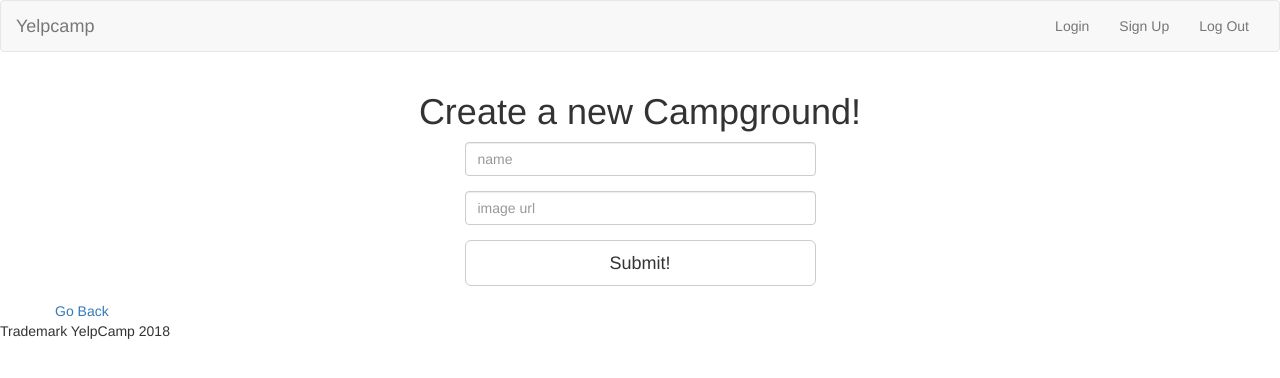
Repository: cuauhtlahuac/WebAppsPractices
Page: http://localhost/campgrounds/new
The author's editor kept a record of every edit. The page is drawn from the files as they stood at one moment, then again after the next edit.
The browser window is 1280 px wide. The pictures show the whole page.
The page is served by the project's Node server (yelpCamp/v1/app.js).

Above is the page before.

### workspacePortugues/yelpCamp/v1/views/new.ejs
<% include partials/header %>

<div class="container">
    <div class="row">
        <h1 style="text-align: center;">Create a new Campground!</h1>
        <div style="width: 30%; margin: 0 auto;">
            <form action="/campgrounds" method="POST">
                <div class="form-group"><input class="form-control"  type="text" name="name" placeholder="name"></div>
                <div class="form-group"><input class="form-control" type="text" name="image" placeholder="image url"></div>
                <div class="form-group"><button class="btn btn-lg btn-default btn-block">Submit!</button></div>
            </form>
        </div>
        <a href="/campgrounds">Go Back</a>
    </div>
</div>
<% include partials/footer %>

### workspacePortugues/yelpCamp/v1/views/partials/header.ejs
<!DOCTYPE html>

<html>
    <head>
        <title>
            YelpCamp
        </title>
        <link rel="stylesheet" href="https://maxcdn.bootstrapcdn.com/bootstrap/3.3.7/css/bootstrap.min.css" integrity="sha384-BVYiiSIFeK1dGmJRAkycuHAHRg32OmUcww7on3RYdg4Va+PmSTsz/K68vbdEjh4u" crossorigin="anonymous">
    </head>

    <body>

        <nav class="navbar navbar-default">
    <div class="container-fluid">
        <div class="navbar-header">
            <a class="navbar-brand" href="/">Yelpcamp</a>
        </div>
        <div class="collapse navbar-collapse">
            <ul class="nav navbar-nav navbar-right">
                <li><a href="/">Login</a></li>
                <li><a href="/">Sign Up</a></li>
                <li><a href="/">Log Out</a></li>
            </ul>
        </div>
    </div>
</nav>

### workspacePortugues/yelpCamp/v1/views/partials/footer.ejs
    <p>Trademark YelpCamp 2018</p>
    </body>
</html>

### workspacePortugues/yelpCamp/v1/app.js
var express = require("express");
var app = express();
var bodyParser = require("body-parser");


app.use(bodyParser.urlencoded({extended:true}));
app.set("view engine", "ejs");

var campgrounds = [
        {name:"Salmon Creek", image:"https://farm1.staticflickr.com/68/180073544_af9816aeff.jpg"},
        {name:"Granite Hill", image:"https://encrypted-tbn0.gstatic.com/images?q=tbn:ANd9GcRPDDW2bEyYSx4n3najwh5ZZ9Wog6SBEz2Adeo8plVd46bdCT9kJQ"},
        {name:"Granite Hill", image:"https://encrypted-tbn0.gstatic.com/images?q=tbn:ANd9GcRPDDW2bEyYSx4n3najwh5ZZ9Wog6SBEz2Adeo8plVd46bdCT9kJQ"},
        {name:"Granite Hill", image:"https://encrypted-tbn0.gstatic.com/images?q=tbn:ANd9GcRPDDW2bEyYSx4n3najwh5ZZ9Wog6SBEz2Adeo8plVd46bdCT9kJQ"},
        {name:"Granite Hill", image:"https://encrypted-tbn0.gstatic.com/images?q=tbn:ANd9GcRPDDW2bEyYSx4n3najwh5ZZ9Wog6SBEz2Adeo8plVd46bdCT9kJQ"},
        {name:"Granite Hill", image:"https://encrypted-tbn0.gstatic.com/images?q=tbn:ANd9GcRPDDW2bEyYSx4n3najwh5ZZ9Wog6SBEz2Adeo8plVd46bdCT9kJQ"},
        {name:"Granite Hill", image:"https://encrypted-tbn0.gstatic.com/images?q=tbn:ANd9GcRPDDW2bEyYSx4n3najwh5ZZ9Wog6SBEz2Adeo8plVd46bdCT9kJQ"},
        {name:"Granite Hill", image:"https://encrypted-tbn0.gstatic.com/images?q=tbn:ANd9GcRPDDW2bEyYSx4n3najwh5ZZ9Wog6SBEz2Adeo8plVd46bdCT9kJQ"},
        {name:"Montain Goat's Rest", image:"https://farm5.staticflickr.com/4100/4798314980_bc31231984.jpg"}
        ];

app.get("/", function(req,res){
    res.render("landing");
});

app.get("/campgrounds", function(req, res){

    res.render("campgrounds", {campgrounds:campgrounds}); //o primeiro campgrounds pode ser qualquer nome, o segundo é referente a variavel campgrounds
});

app.post("/campgrounds", function(req, res) {  //post route tem que ficar com o mesmo destino que o get route (convencionalmente)
    var name = req.body.name;
    var image = req.body.image;
    var newCampground = {name: name, image: image};
    campgrounds.push(newCampground);
    res.redirect("/campgrounds");
});

app.get("/campgrounds/new", function(req, res) {
   res.render("new.ejs");
});


app.listen(process.env.PORT, process.env.IP, function(){
    console.log(" The yelpCamp server has started!");
});

After the next edit:
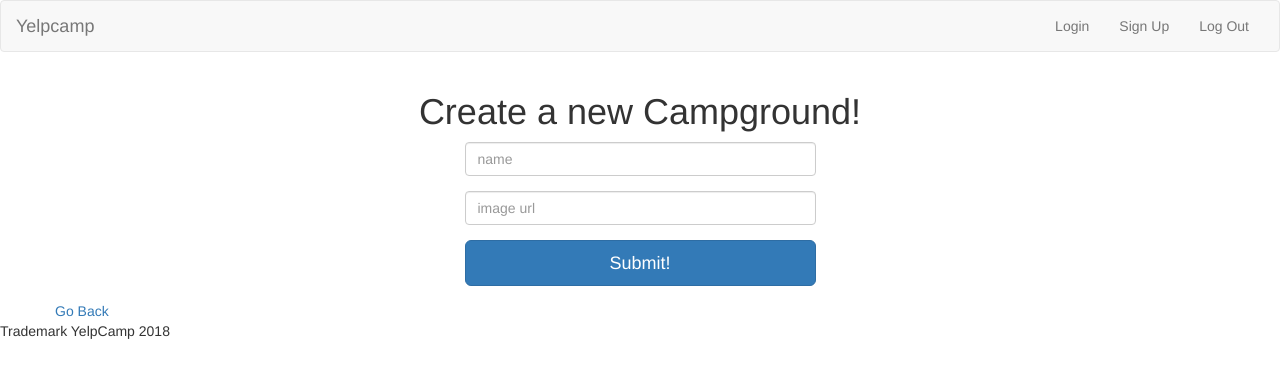
The edit:
--- a/workspacePortugues/yelpCamp/v1/views/new.ejs
+++ b/workspacePortugues/yelpCamp/v1/views/new.ejs
@@ -7,7 +7,7 @@
             <form action="/campgrounds" method="POST">
                 <div class="form-group"><input class="form-control"  type="text" name="name" placeholder="name"></div>
                 <div class="form-group"><input class="form-control" type="text" name="image" placeholder="image url"></div>
-                <div class="form-group"><button class="btn btn-lg btn-default btn-block">Submit!</button></div>
+                <div class="form-group"><button class="btn btn-lg btn-primary btn-block">Submit!</button></div>
             </form>
         </div>
         <a href="/campgrounds">Go Back</a>
